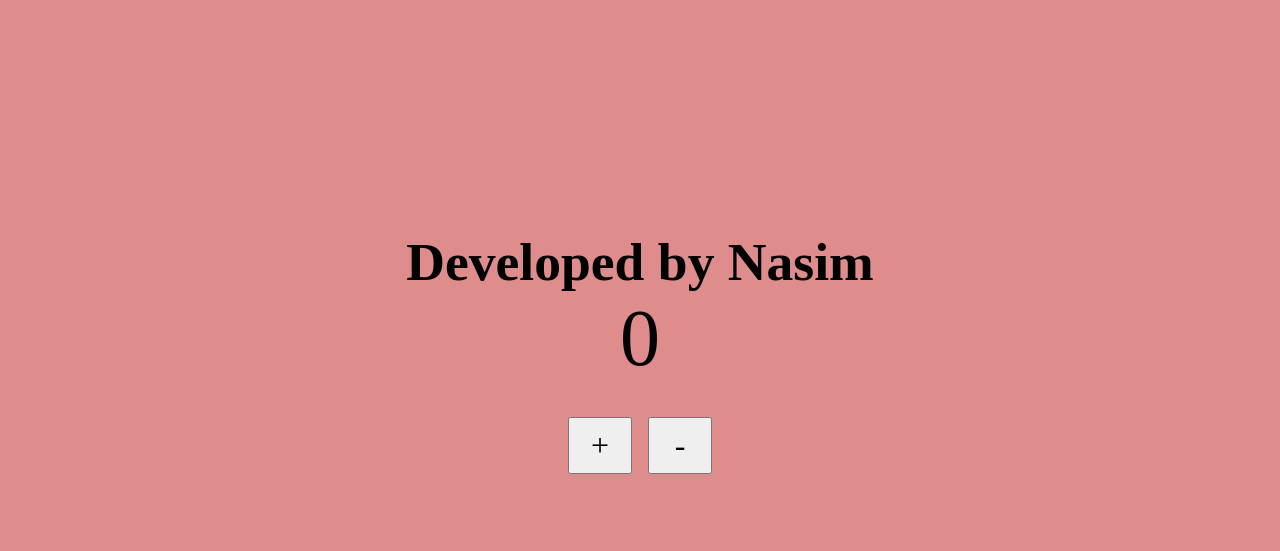
Repository: nasimqureshi/counter-in-redux
Page: /
The author's editor kept a copy of each file at every save. The page is drawn from the files as they stood at one save, then again after a run of saves.
The browser window is 1280 px wide. The pictures show the whole page.
The project was rebuilt for these pictures with package versions that can differ from the ones it lists, and the page was loaded fresh each time.

Above is the page before, as saved 2024-10-16 22:59:31.

After the next 2 saves:
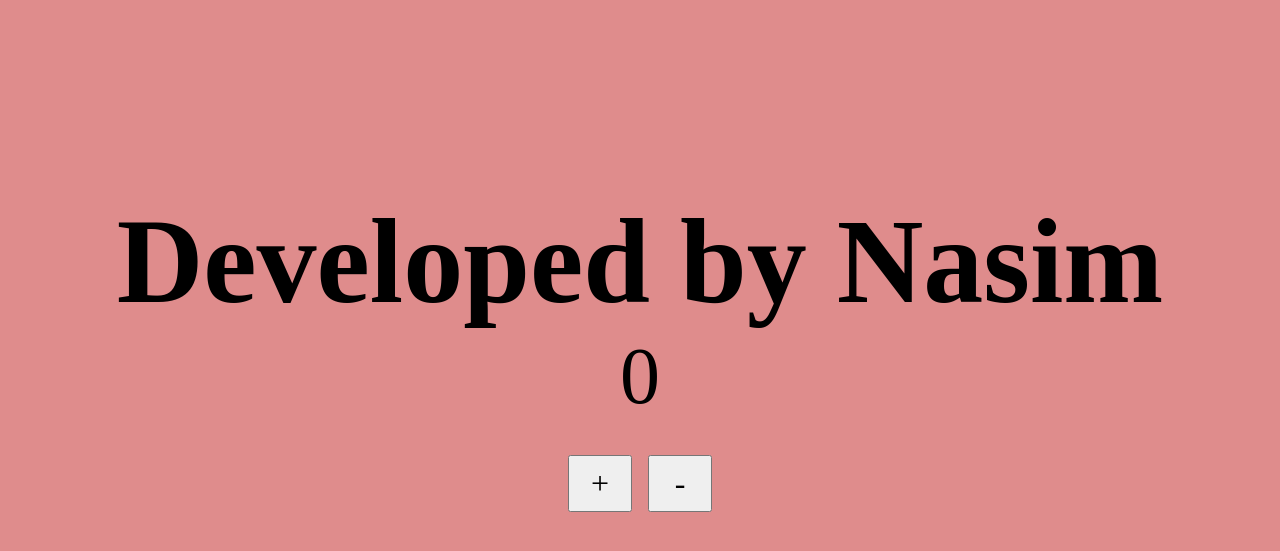
The 2 saves are shown as one change because they came seconds apart.
The last was saved 24 s later.
--- a/src/features/counter/Counter.js
+++ b/src/features/counter/Counter.js
@@ -8,7 +8,7 @@ const Counter = () => {
 
   return (
     <section>
-      <h6>Developed by Nasim</h6>
+      <h1>Developed by Nasim</h1>
       <p>{count}</p>
 
       <div>
